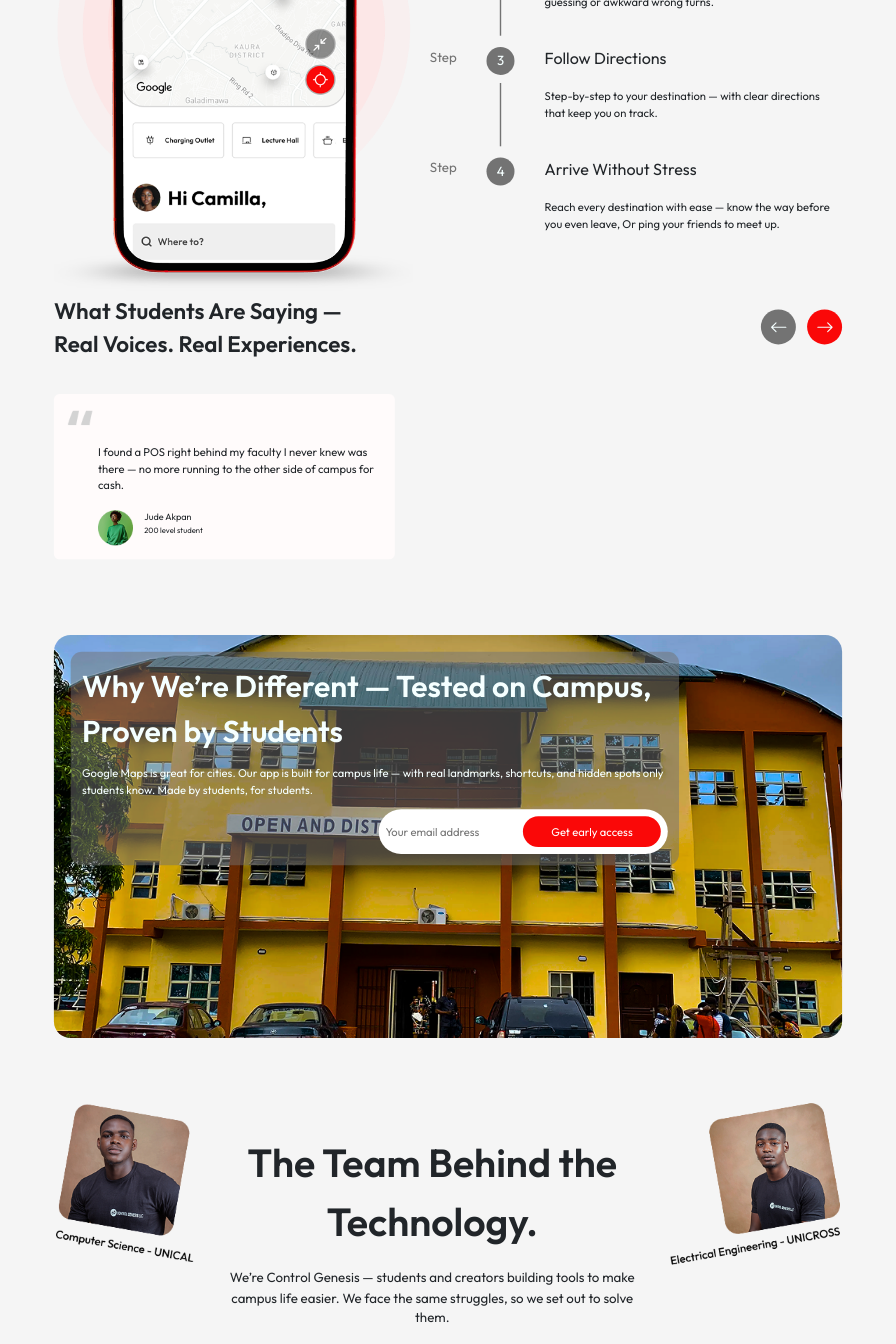
Repository: SahMenz/MUM-website
Page: /
The author's editor kept a copy of each file at every save. The page is drawn from the files as they stood at one save, then again after the next save.
The browser window is 1280 px wide. The pictures show the part of the page from y = 4580 to 6500 px (the page is 8039 px tall before and 8059 px after), at 70% of full size.
The project was rebuilt for these pictures with package versions that can differ from the ones it lists, and the page was loaded fresh each time. Also part of the build but not shown: vite.config.js.

Above is the page before, as saved 2025-09-04 23:51:03.

After the next save:
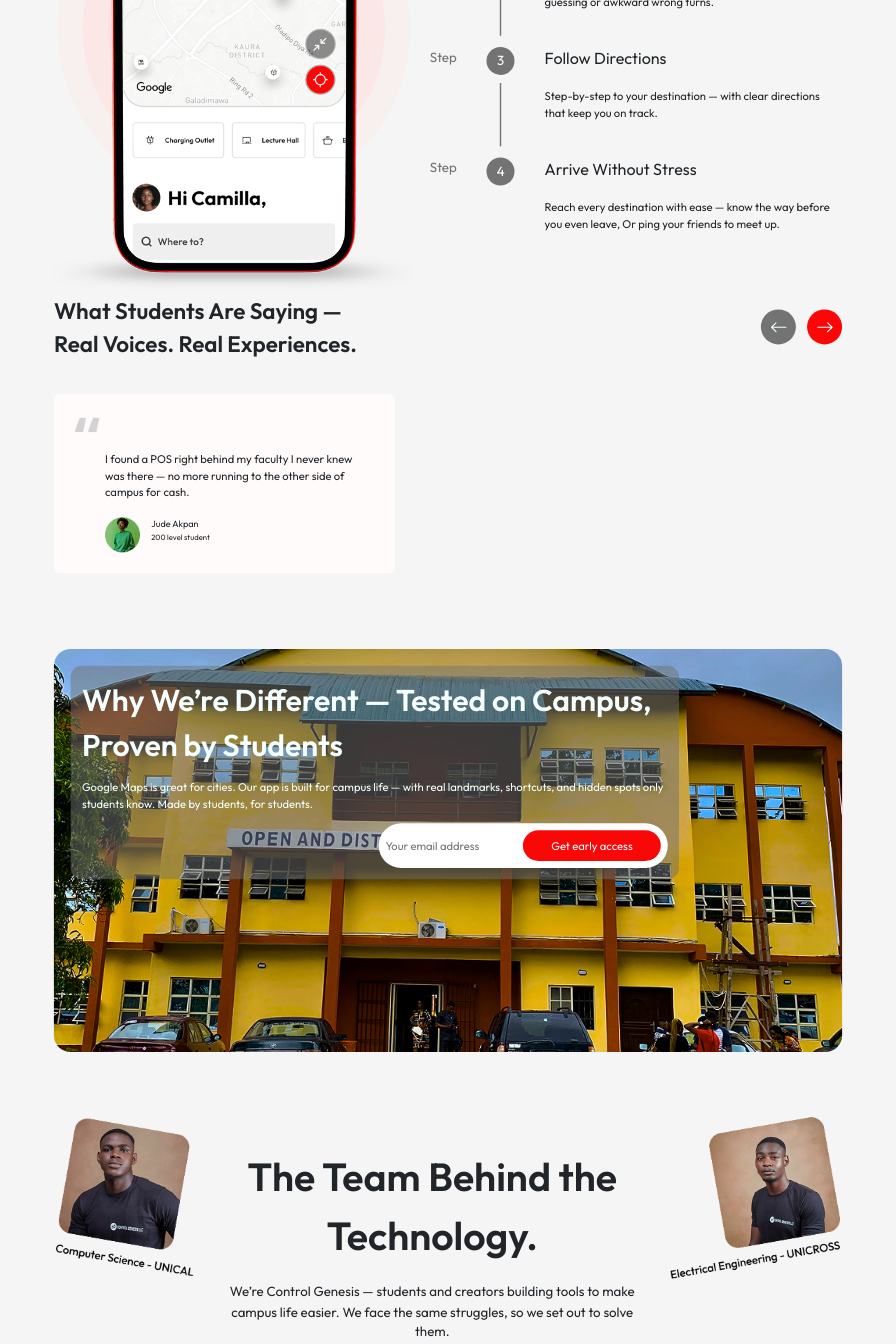
Saved 10 s later.
--- a/src/components/howItWorks/howItWorks.jsx
+++ b/src/components/howItWorks/howItWorks.jsx
@@ -181,7 +181,7 @@
                 maxWidth: "487px",
                 borderRadius: "8px",
                 background: "#FFFBFB",
-                padding: "20px",
+                padding: "30px",
               }}
             >
               <div>
